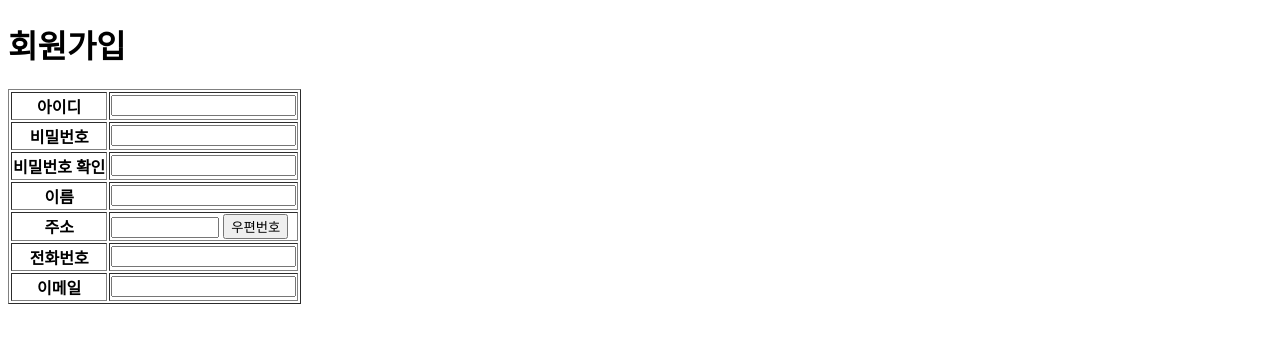
Repository: dhdhdht/Semi-login
Page: http://localhost/Semi_login/regist.jsp
The author's editor kept a copy of each file at every save. The page is drawn from the files as they stood at one save, then again after the next save.
The browser window is 1280 px wide. The pictures show the whole page.
The page is served by Tomcat 9.

Above is the page before, as saved 2021-03-27 13:29:34.

After the next save:
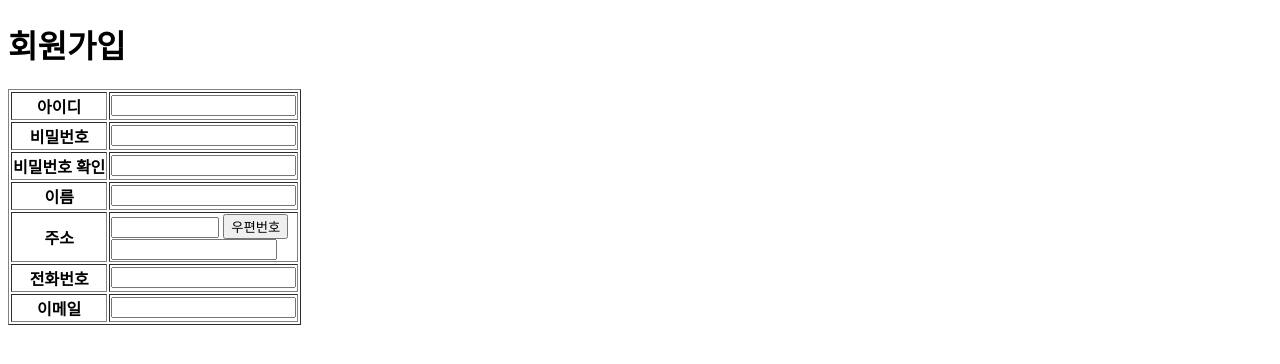
Saved 44 s later.
--- a/Semi_login/WebContent/regist.jsp
+++ b/Semi_login/WebContent/regist.jsp
@@ -81,7 +81,8 @@
 				<td>
 					<input type="hidden" id="confmKey" name="confmKey" value=""  >
 					<input type="text" id="zipNo" name="zipNo" readonly style="width:100px">
-					<input type="button"  value="우편번호" onclick="jusoPopup();">
+					<input type="button"  value="우편번호" onclick="jusoPopup();"><br/>
+					<input type="text" id="roadAddrPart1" style="width:85%" />
 				</td>
 			</tr>
 			<tr>
